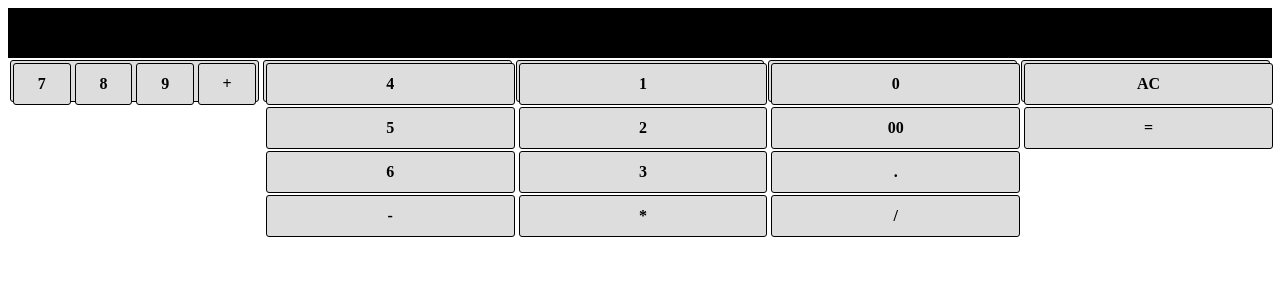
Repository: masa-rock/kadai_jquery_2
Page: index.html
The author's editor kept a record of every edit. The page is drawn from the files as they stood at one moment, then again after the next edit.
The browser window is 1280 px wide. The pictures show the whole page.
Some web libraries are served in a nearby version.

Above is the page before.

After the next edit:
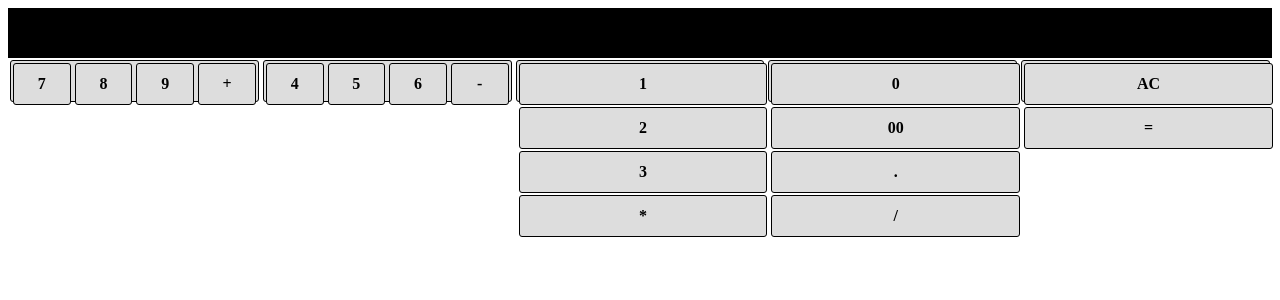
The edit:
--- a/index.html
+++ b/index.html
@@ -16,7 +16,7 @@
             <div class="com_9">9</div>
             <div class="com_addition">+</div>
           </div>
-          <div class="calculator_command_2">
+          <div class="calculator_command">
             <div class="com_4">4</div>
             <div class="com_5">5</div>
             <div class="com_6">6</div>
